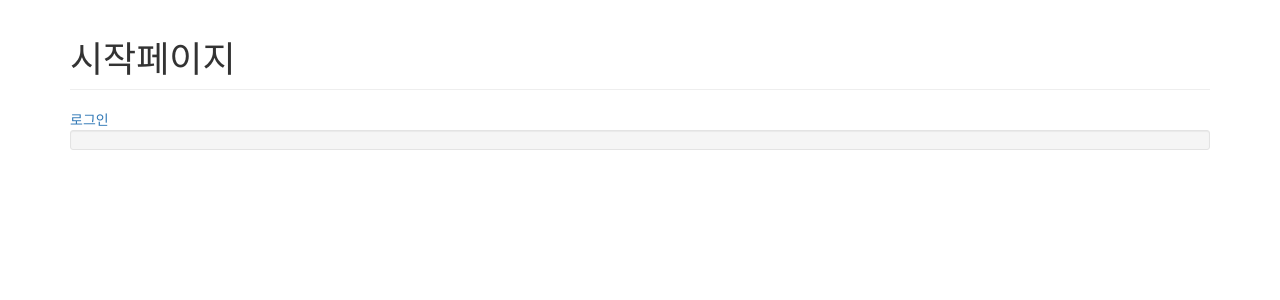
Repository: kimgyuseok/Server
Page: http://localhost/JSPTest/atuh/index.jsp
These files come from the project's save history. The page is drawn as it stood at one moment and after a run of saves; the edit follows.
The browser window is 1280 px wide. The pictures show the whole page.
The page is served by Tomcat 9.

Above is the page before, as saved 2022-01-11 01:02:38.

After the next 2 saves:
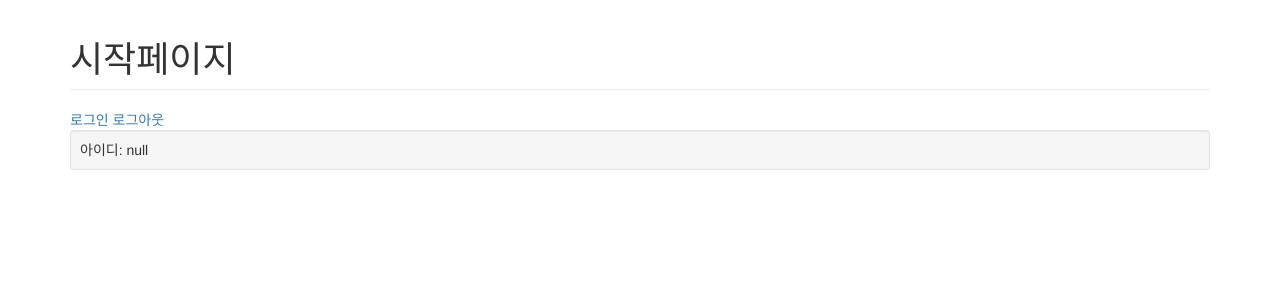
The 2 saves are shown as one change because they came seconds apart.
The last was saved 54 s later.
--- a/JSPTest/src/main/webapp/atuh/index.jsp
+++ b/JSPTest/src/main/webapp/atuh/index.jsp
@@ -18,8 +18,10 @@
 		<h1 class="page-header">시작페이지<small></small></h1>
 		<a href="login.jsp">로그인</a>
 
+		<a href="logout.jsp">로그아웃</a>
+
 		<div class="well well-sm">
-
+			<div>아이디: <%=session.getAttribute("id") %></div>
 		</div>
 
 
